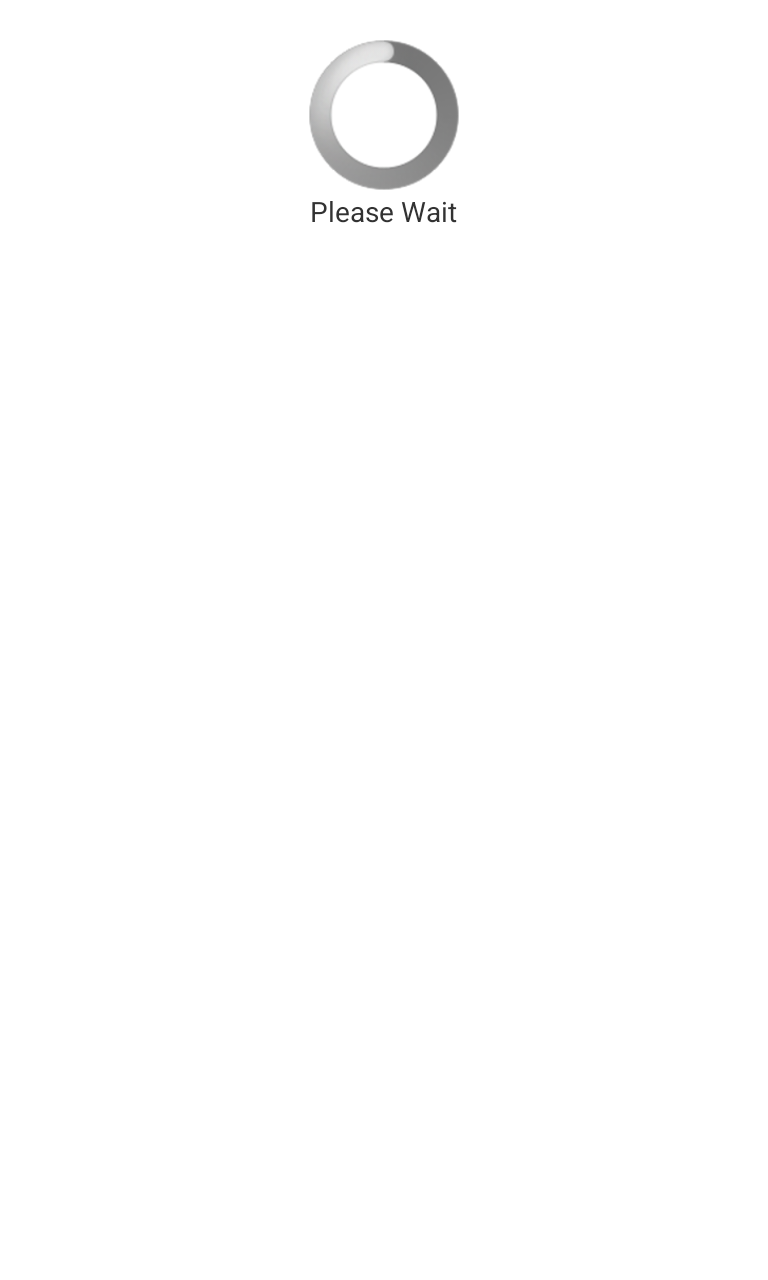
Repository: galihandy/chessboard
Layout: ArsenalIndonesia/res/layout/multiview_regional.xml
These files come from the project's save history. The layout is drawn as it stood at one moment and after the next save; the edit follows.
It is drawn on a 768 x 1280 px phone screen (xhdpi) without system bars, with theme android:Theme.Light.NoTitleBar; the app's code is not run. Lists and similar views that code fills are empty.

Above is the layout before, as saved 2013-02-15 14:38:19.

After the next save:
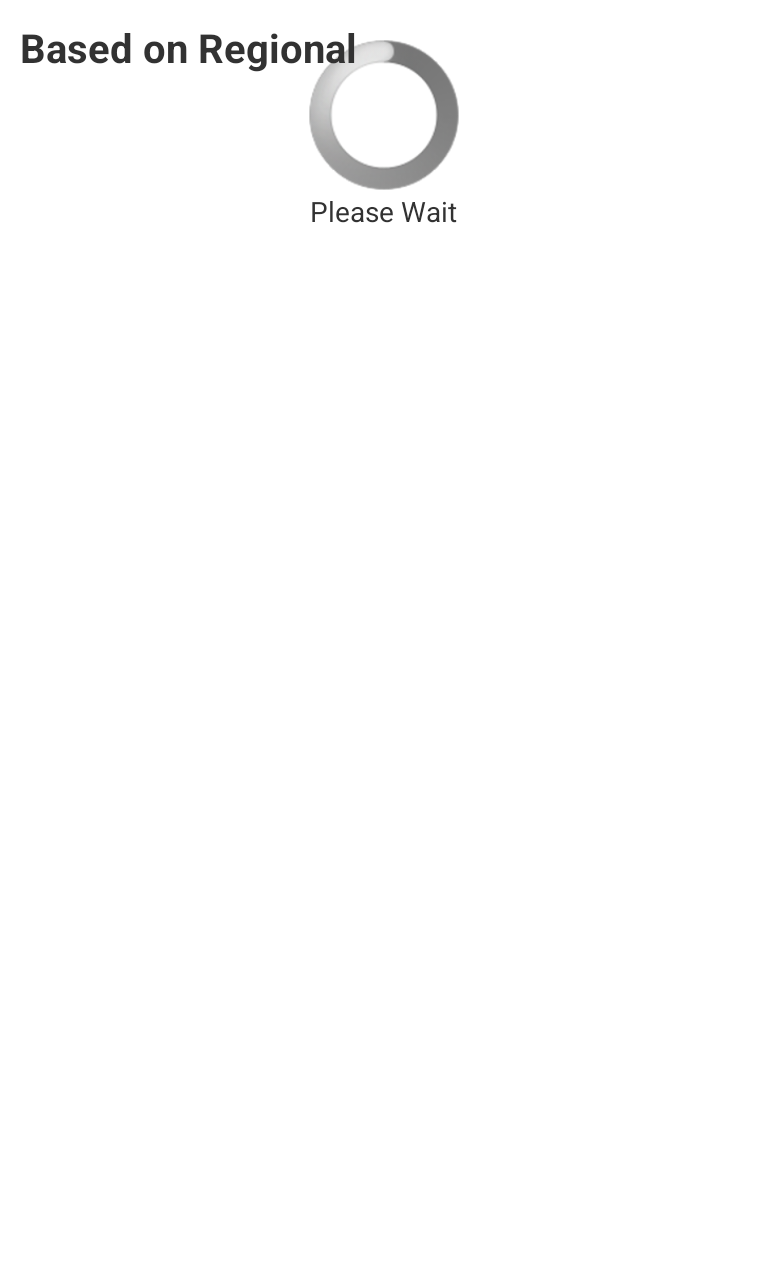
Saved 16 s later.
--- a/ArsenalIndonesia/res/layout/multiview_regional.xml
+++ b/ArsenalIndonesia/res/layout/multiview_regional.xml
@@ -46,6 +46,7 @@
             android:layout_width="match_parent"
             android:layout_height="wrap_content"
             android:layout_margin="10dip"
+            android:text="@string/reg_pg_title_lbl"
             android:textSize="20dp"
             android:textStyle="bold" />
 

After the save that followed:
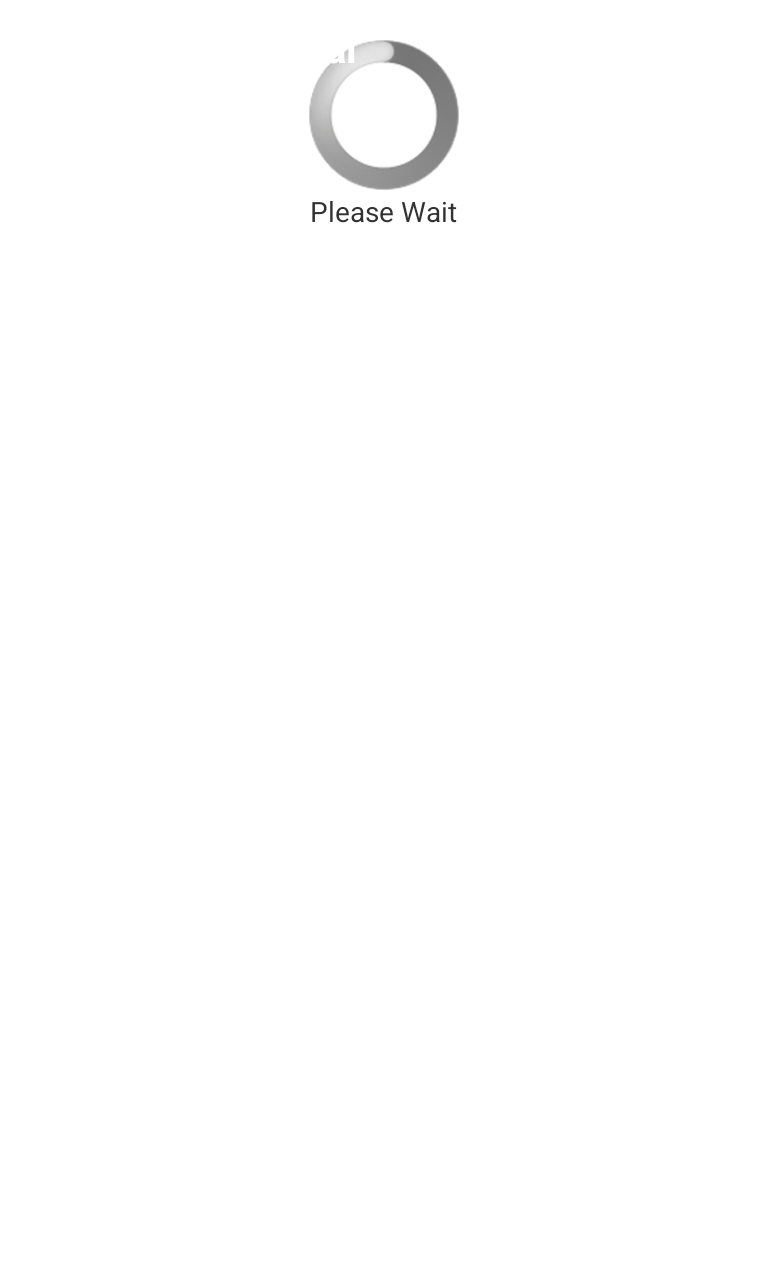
Saved 15 s later.
--- a/ArsenalIndonesia/res/layout/multiview_regional.xml
+++ b/ArsenalIndonesia/res/layout/multiview_regional.xml
@@ -47,6 +47,7 @@
             android:layout_height="wrap_content"
             android:layout_margin="10dip"
             android:text="@string/reg_pg_title_lbl"
+            android:textColor="@android:color/white"
             android:textSize="20dp"
             android:textStyle="bold" />
 
